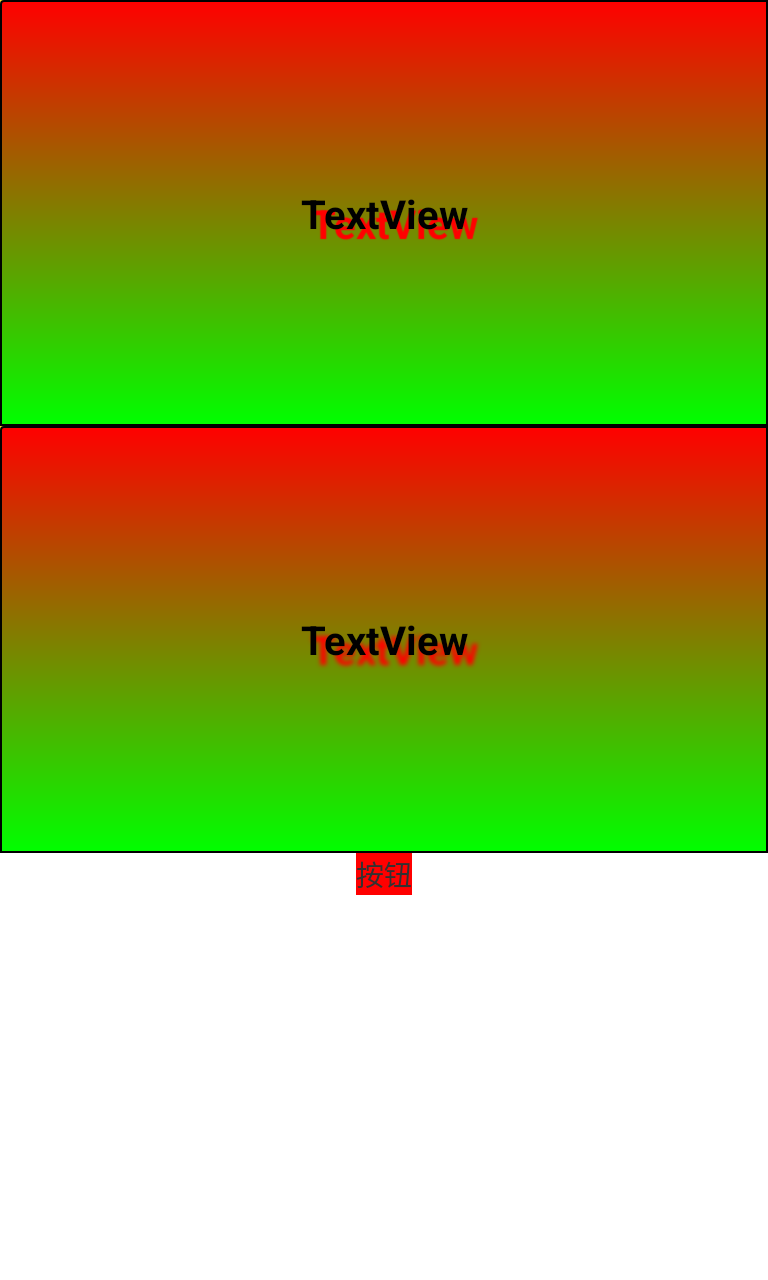
Repository: yhtaphp/yhtqgit
Layout: android/TextView/res/layout/activity_main.xml
The author's editor kept a copy of each file at every save. The layout is drawn from the files as they stood at one save, then again after the next save.
It is drawn on a 768 x 1280 px phone screen (xhdpi) without system bars, with theme AppTheme; the app's code is not run.

Above is the layout before, as saved 2016-09-11 13:47:48.

After the next save:
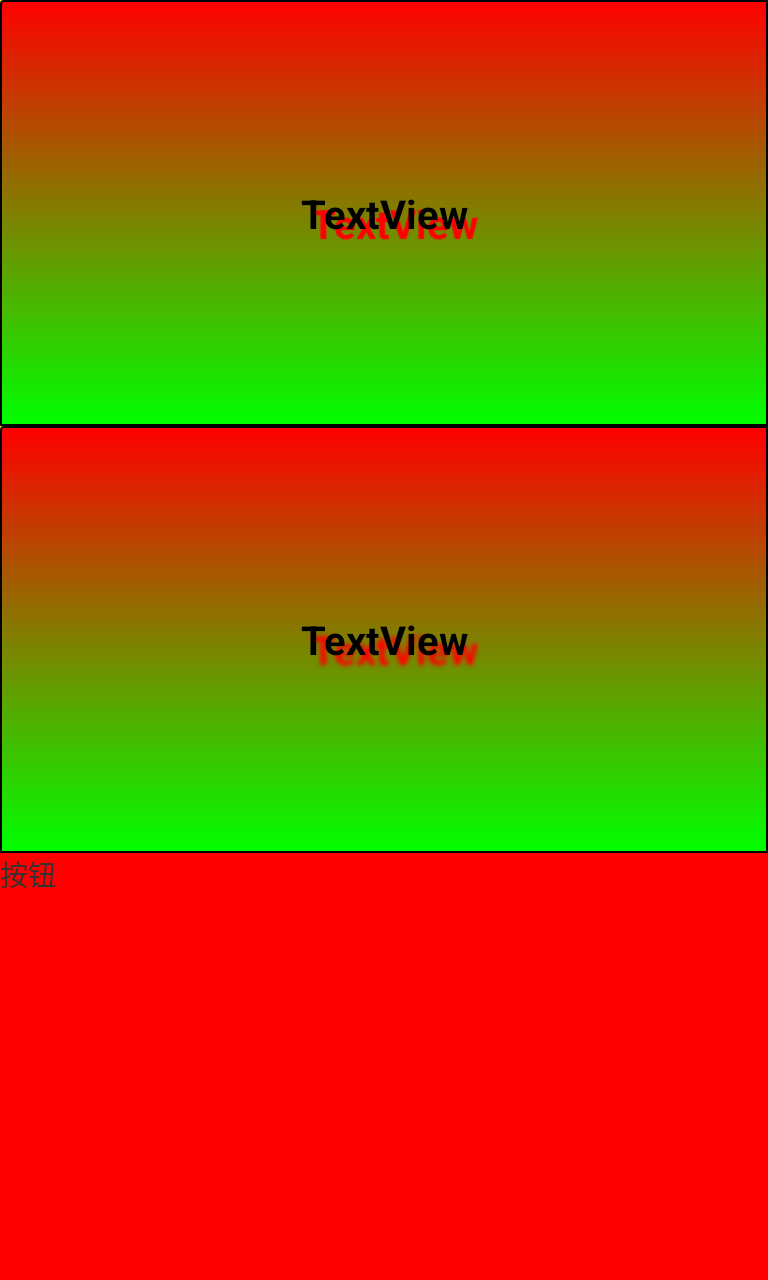
Saved 41 s later.
--- a/android/TextView/res/layout/activity_main.xml
+++ b/android/TextView/res/layout/activity_main.xml
@@ -36,18 +36,21 @@
         android:textStyle="bold"
         android:textSize="20sp"
         android:text="TextView" />
+
    <LinearLayout
-       android:layout_weight="1"
        android:layout_width="match_parent"
        android:layout_height="0dp"
-       android:orientation="vertical"
+       android:layout_weight="1"
        android:background="#fff"
-       >
+       android:orientation="vertical" >
+
        <TextView
-            android:layout_width="wrap_content"
-            android:layout_height="wrap_content"
-            android:layout_gravity="center|top"
-            android:background="#f00"
-            android:text="按钮"/>
+           android:layout_width="match_parent"
+           android:layout_height="wrap_content"
+           android:layout_gravity="center|top"
+           android:layout_weight="0.16"
+           android:background="#f00"
+           android:text="按钮" />
    </LinearLayout>
+
 </LinearLayout>
